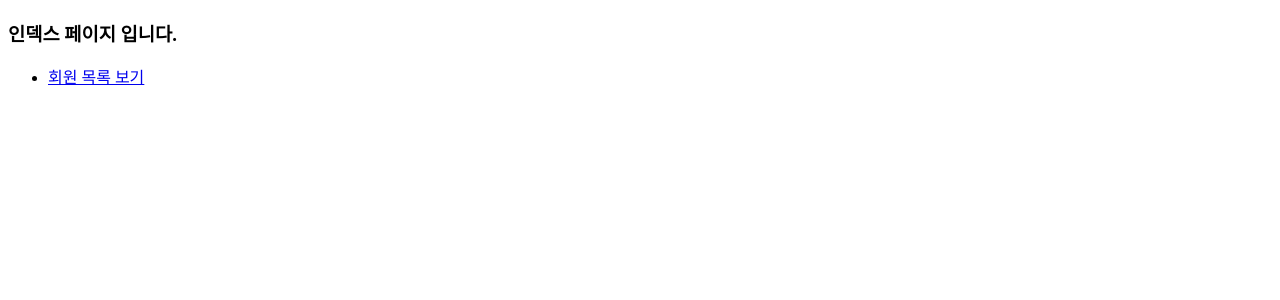
Repository: hyunhee7/python_work
Page: Django03_CRUD/templates/index.html
The author's editor kept a copy of each file at every save. The page is drawn from the files as they stood at one save, then again after the next save.
The browser window is 1280 px wide. The pictures show the whole page.

Above is the page before, as saved 2017-08-21 02:19:09.

### Django03_CRUD/templates/index.html
<!DOCTYPE html>
<html>
<head>
<meta charset="UTF-8">
<title>templates/index.html</title>
</head>
<body>
<h3>인덱스 페이지 입니다.</h3>
<ul>
	<li><a href="/member/list/">회원 목록 보기</a></li>
</ul>
</body>
</html>

After the next save:
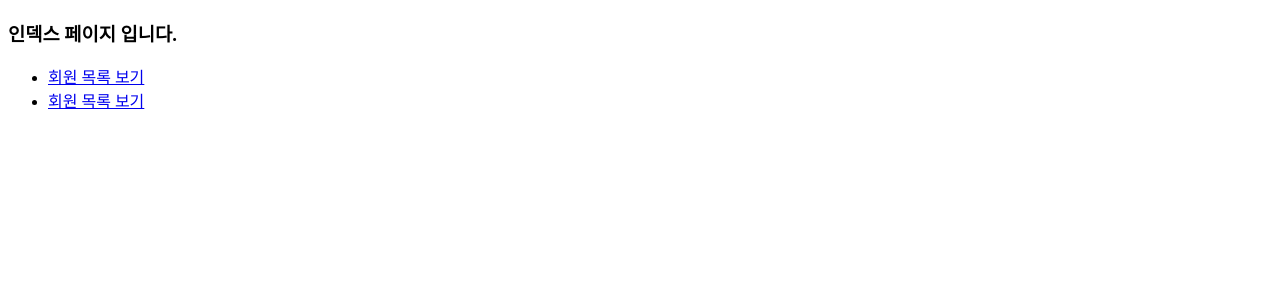
Saved 65 s later.
--- a/Django03_CRUD/templates/index.html
+++ b/Django03_CRUD/templates/index.html
@@ -8,6 +8,7 @@
 <h3>인덱스 페이지 입니다.</h3>
 <ul>
 	<li><a href="/member/list/">회원 목록 보기</a></li>
+	<li><a href="/member/insertform/">회원 목록 보기</a></li>
 </ul>
 </body>
 </html>
